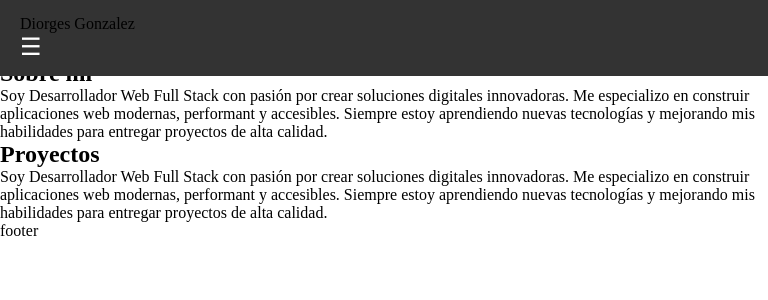
Repository: DenLion09/DenLion09.dots
Page: javascipt_withow_filter/basic/ejercisios/portfolio2/index.html
The author's editor kept a copy of each file at every save. The page is drawn from the files as they stood at one save, then again after the next save.
The browser window is 768 px wide. The pictures show the whole page.

Above is the page before, as saved 2026-05-17 23:38:45.

After the next save:
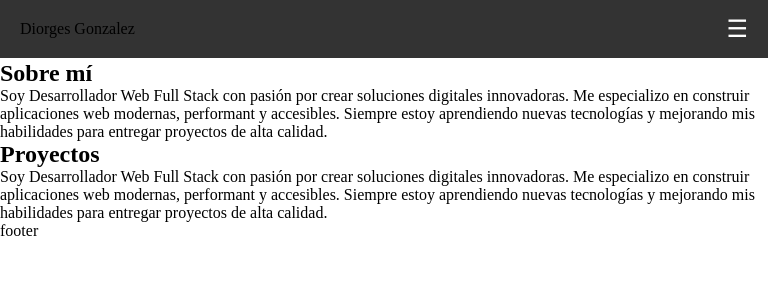
Saved 70 s later.
--- a/javascipt_withow_filter/basic/ejercisios/portfolio2/style.css
+++ b/javascipt_withow_filter/basic/ejercisios/portfolio2/style.css
@@ -15,6 +15,9 @@ header {
   background: #333;
   padding: 15px 20px;
   transition: all 0.3s ease;
+  display: flex;
+  justify-content: space-between;
+  align-items: center;
 }
 
 header.scrolled {
@@ -41,6 +44,13 @@ nav:hover {
   cursor: pointer;
 }
 
+/* Desktop: menú visible en fila */
+.nav-links {
+  display: flex;
+  gap: 20px;
+}
+
+/* Mobile: menú oculto y en columna */
 @media (max-width: 769px) {
   .menu-toggle {
     display: block;
@@ -56,10 +66,10 @@ nav:hover {
     width: 100%;
     padding: 20px;
   }
-}
 
-.nav-links.active {
-  display: flex;
+  .nav-links.active {
+    display: flex;
+  }
 }
 
 .nav-links a {
